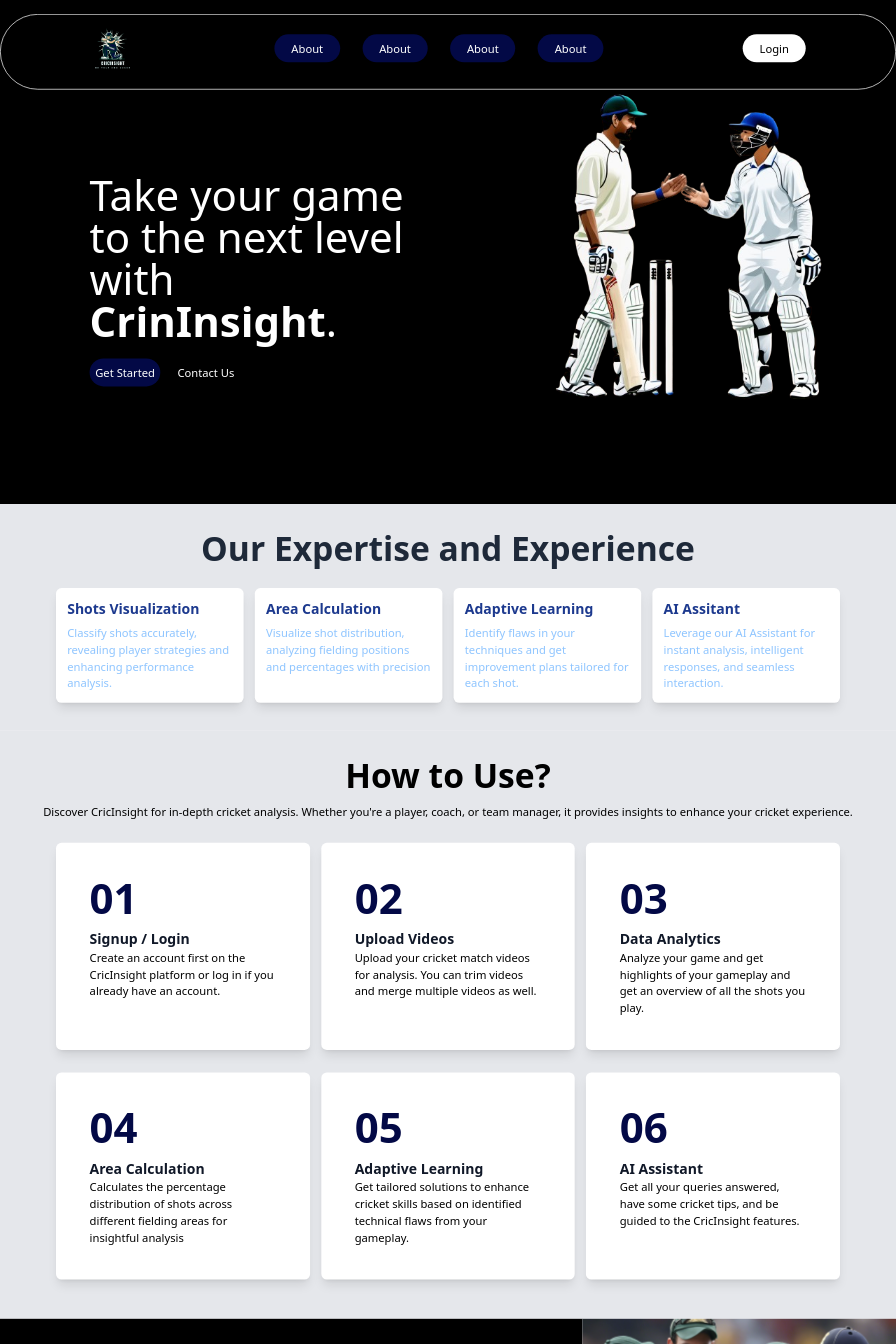
Repository: ahsanfawadaf/cricket
Page: /
The author's editor kept a copy of each file at every save. The page is drawn from the files as they stood at one save, then again after the next save.
The browser window is 1280 px wide. The pictures show the part of the page from y = 0 to 1920 px (the page is 4008 px tall), at 70% of full size.
The project was rebuilt for these pictures with package versions that can differ from the ones it lists, and the page was loaded fresh each time. Also part of the build but not shown: vite.config.js.

Above is the page before, as saved 2025-09-22 08:38:47.

### index.html
<!doctype html>
<html lang="en">
  <head>
    <meta charset="UTF-8" />
    <link rel="icon" type="image/svg+xml" href="/cric_logo.png" />
    <meta name="viewport" content="width=device-width, initial-scale=1.0" />
    <title>Cricket Web</title>
  </head>
  <body>
    <div id="root"></div>
    <script type="module" src="/src/main.jsx"></script>
  </body>
</html>

### src/App.jsx
import React from 'react'

import Header from './components/Header'
import Our_experience from './components/Our_experience'
import Howtouse from './components/Howtouse'
import Splitlayout from './components/Splitlayout'
import Services from './components/Services'
import Contact from './components/Contact'
import Footer from './components/Footer'


const App = () => {
  return (
    <div>
     <Header/>
     <Our_experience/>
     <Howtouse/>
     <Splitlayout/>
     <Services/>
     <Contact/>
     <Footer/>



    </div>
  )
}

export default App

### src/components/Header.jsx
import React from 'react'
import Navbar from './Navbar'
import cric_home_img from '../assets/cric_home_img.png'

const Header = () => {
  return (
    <div className='w-full min-h-screen bg-cover bg-black items-center flex overflow-hidden'>
    <Navbar/>
         <div className='flex flex-col mx-auto items-start px-2 md:px-20 lg:px-32'>
             <h1 className='text-md block font-xsm sm:text-6xl text-white gap-2 max-w-6xl inline-block pt-20'>Take your game to  the next level with <span className='text-4xl sm:text-6xl font-bold'>CrinInsight</span>.</h1>
             <div className='flex gap-4 mt-6'>
                 <button className='rounded-full bg-[#030946] text-white px-2 py-2'>Get Started</button>
                 <button className='rounded-full bg-transparent  text-white px-2 py-2'>Contact Us</button>
             </div>
         </div>

         <div className='w-full bg-cover bg-black overflow-hidden min-h-screen'>
                 <img className='h-full pt-28 object-contain' src={cric_home_img} alt="" />
         </div>



    </div>
  )
}

export default Header

### src/components/Our_experience.jsx
import React from 'react'

const Our_experience = () => {
  return (
    <div className='bg-gray-200 py-10'>
          <h2 className='text-center font-bold text-5xl text-gray-800 mb-8'>Our Expertise and Experience</h2>


          <div className='max-w-6xl mx-auto px-4 grid grid-cols-1 md:grid-cols-2 lg:grid-cols-4 gap-4'>

               <div className='bg-white shadow-lg rounded-lg '>
                   <div className='p-4'>
                    <h3 className='text-xl mb-2 text-blue-900 font-semibold '>Shots Visualization</h3>
                    <p className='text-blue-300'>Classify shots accurately, revealing player strategies and enhancing performance analysis.</p>

                   </div>

               </div>
               <div className='bg-white shadow-lg rounded-lg '>
                   <div className='p-4'>
                    <h3 className='text-xl mb-2 text-blue-900 font-semibold '>Area Calculation</h3>
                    <p className='text-blue-300'>Visualize shot distribution, analyzing fielding positions and percentages with precision</p>

                   </div>

               </div>
               <div className='bg-white shadow-lg rounded-lg '>
                   <div className='p-4'>
                    <h3 className='text-xl mb-2 text-blue-900 font-semibold '>Adaptive Learning</h3>
                    <p className='text-blue-300'>Identify flaws in your techniques and get improvement plans tailored for each shot.</p>

                   </div>

               </div>
               <div className='bg-white shadow-lg rounded-lg '>
                   <div className='p-4'>
                    <h3 className='text-xl mb-2 text-blue-900 font-semibold '>AI Assitant</h3>
                    <p className='text-blue-300'>Leverage our AI Assistant for instant analysis, intelligent responses, and seamless interaction.</p>

                   </div>

               </div>







          </div>









    </div>
  )
}

export default Our_experience

### src/components/Howtouse.jsx
import React from 'react'

const Howtouse = () => {

   const cards = [

    {
      id:1,
      title:'Signup / Login',
      description:'Create an account first on the CricInsight platform or log in if you already have an account.'
    },
    {
      id:2,
      title:'Upload Videos',
      description:'Upload your cricket match videos for analysis. You can trim videos and merge multiple videos as well.'
    },
    {
      id:3,
      title:'Data Analytics',
      description:'Analyze your game and get highlights of your gameplay and get an overview of all the shots you play.'
    },
    {
      id:4,
      title:'Area Calculation',
      description:'Calculates the percentage distribution of shots across different fielding areas for insightful analysis'
    },
    {
      id:5,
      title:'Adaptive Learning',
      description:'Get tailored solutions to enhance cricket skills based on identified technical flaws from your gameplay.'
    },
    {
      id:6,
      title:'AI Assistant',
      description:'Get all your queries answered, have some cricket tips, and be guided to the CricInsight features.'
    },

   ];

  return (
    <div className='bg-gray-200 py-10'>
        <h2 className='text-5xl text-center font-semibold mb-4 '>How to Use?</h2>
        <p className='px-2 text-center mb-4'>Discover CricInsight for in-depth cricket analysis. Whether you're a player, coach, or team manager, it provides insights to enhance your cricket experience.</p>


      <div className='max-w-6xl mx-auto px-4 grid grid-cols-1 md:grid-cols-2 lg:grid-cols-3 gap-4 mt-8'>

        { cards.map((ca) =>(
          <div key={ca.id} className='bg-white items-start justify-center shadow-lg rounded-lg p-12 mb-4'>

           <h3 className='text-6xl font-bold text-[#030946] mb-4 '>{`0${ca.id}`}</h3>

           <h4 className='text-xl font-semibold text-gray-900 '>{ca.title}</h4>
           <p>{ca.description}</p>



          </div>
        ))




        }







      </div>






    </div>
  )
}

export default Howtouse

### src/components/Splitlayout.jsx
import React from 'react'
import bgpic from '../assets/bgpic.png'

const Splitlayout = () => {
  return (
    <div className='w-full h-75vh flex flex-col md:flex-row'>

        <div className='w-[65%] h-full bg-black flex flex-col items-start p-20 justify-center'>
            <h3 className='text-4xl font-semibold text-white mb-6'>Why CricInsight?</h3>
            <p className='text-md font-semibold text-white inline-block mb-6'>CricInsight offers cutting-edge video analysis tools, empowering users to delve deep into cricket match insights. With advanced shot detection and classification, CricInsight provides a comprehensive understanding of player performance and playing areas. Its adaptive learning feature offers personalized feedback, making it a must-have for cricket enthusiasts seeking to improve their game.</p>
           <div className=' flex gap-4'>

             <button className='border rounded-full bg-white py-2 px-6'>TRY NOW</button>
            <button className='border rounded-full text-white border-white bg-black px-4 py-2'>CONTACT US</button>
           </div>
        </div>

        <div className='w-[35%] h-full  flex bg-gray-300'>


          <img className='object-cover  w-full inset-0 h-full' src={bgpic} alt="Description of img" />
        </div>






    </div>
  )
}

export default Splitlayout

### src/components/Services.jsx
import React from 'react'
import cric_logo from '../assets/cric_logo.png'



const Services = () => {

   const crds = [

    {
        title:'Game Analysis',
        description:'Decode practice videos with precision, gaining deeper insights into player tactics and game dynamics.',
        image:'/one.png',
    },
    {
        title:'Data Visualization',
        description:'Get a user-friendly visual representation of all the shots you play with their percentages.',
        image:'/two.png',
    },
    {
        title:'Technique Improvement',
        description:'Identify flaws in your shot techniques and get improvement plans tailored for each shot.',
        image:'/three.png',
    },
    {
        title:'Field Calculation',
        description:'Visualize shot distribution, analyzing fielding positions and percentages with precision.',
        image:'/four.png',
    },

   ]

  return (
    <div className='flex flex-col py-10 items-center'>

        <h2 className='font-bold mb-2 text-[#030946]'>Our Services</h2>
        <h1 className='text-4xl font-semibold'>What We Offer?</h1>

     <div className='flex flex-row m-4 gap-6'>

            <div className='flex flex-col justify-center gap-16 mb-4'>

            { crds.slice(0,2).map((card , index) =>(

               <div key={index} className='bg-gray-200 shadow-lg rounded-lg p-6 w-72'>
                 <img src={card.image} alt={card.title} />
                 <h3 className='text-xl font-semibold'>{card.title}</h3>
                 <p className='text-sm'>{card.description}</p>
               </div>
             ))}
        </div>

        <div className='bg-[#030946] w-72 rounded-lg h-99 mt-12'>

            <img src={cric_logo} alt="Cricinsight" />



        </div>


        <div className='flex flex-col justify-center gap-16 mb-4'>

            { crds.slice(2).map((card , index) =>(

               <div key={index} className='bg-gray-200 shadow-lg rounded-lg p-6 w-72'>
                 <img className='color-[#030946]' src={card.image} alt={card.title} />
                 <h3 className='text-xl font-semibold'>{card.title}</h3>
                 <p className='text-sm'>{card.description}</p>
               </div>
             ))}
        </div>

        </div>






    </div>
  )
}

export default Services

### src/components/Contact.jsx
import React from 'react'
import call from '../assets/call.png'
import email from '../assets/email.png'

const Contact = () => {
  return (
    <div className='flex flex-col py-10 items-center'>
        <h3 className='text-[#030946] font-bold mb-2'>Contact Us</h3>
        <h2 className='text-4xl font-semibold'>Get in touch with us</h2>


      <div className='bg-gray-200  h-120 w-11/12 mt-2 mx-auto rounded-md '>
       <div className='mt-8 ml-8 w-full  items-start '>
         <h2 className='text-2xl font-semibold'>Drop us a message</h2>
        <p className='text-gray-600 mt-2 text-sm'>We will get back to you as soon as possible.</p>
       </div>

       <div className='flex flex-row'>

        <div className='mt-6 mx-8'>

          <form >

                <div className='flex gap-2 max-w-8xl'>

                     <div className='w-full md:w-1/2 text-left'>
                     <input type="text" name='Name' placeholder='Full Name' className='w-full pl-2 rounded border border-gray-400 bg-white py-4  ' />
                     </div>

                     <div className='w-full md:w-1/2 text-left'>
                     <input type="text" name='Name' placeholder='Company Name' className='w-full pl-2 rounded border border-gray-400 bg-white py-4 ' />
                     </div>


                </div>

                <div className='mt-2'>
                      <div>
                        <input type="Email" name='Email' placeholder='Email' className='w-full pl-2 rounded py-4 border border-gray-400 bg-white' />
                      </div>

                </div>

                <div>

                      <textarea name="Message" className=' w-full pl-2 border border-gray-400 bg-white rounded px-4 py-3 h-36 mt-2' placeholder='Message'></textarea>

                </div>


          </form>

          <button className='rounded-full mt-2 py-4 text-white w-full bg-[#030946]'>SEND</button>
        </div>

        <div className='mt-20 ml-40'>
            <div className='flex'>
               <img src={call} className='h-10' alt="" />
               <div className='flex px-4 flex-col'>
                <h3 className='text-xl font-semibold'>+ 1800 145 276</h3>
               <p className='text-gray-600'>Call us</p>
               </div>

            </div>
            <div className='flex mt-4'>
                <img src={email} className='h-10' alt="" />
                <div className='flex flex-col px-4'>
                  <h3 className='text-xl font-semibold'>cricinsight@gmail.com</h3>
                <p className='text-gray-600'>Email us</p>
                </div>

            </div>


        </div>






       </div>




      </div>









    </div>
  )
}

export default Contact

### src/components/Footer.jsx
import React from 'react'
import footerlogo from '../assets/footerlogo.png'


const Footer = () => {
  return (
    <div className='bg-black pt-4 px-4 md:px-20 lg:px-32 w-full overflow-hidden '>

        <div className=' container flex flex-col md:flex-row gap-16 items-center justify-between mx-auto   '>
                <div className='flex-1  px-4 '>

                       <img src={footerlogo} className='h-60' alt="" />


                </div>

                <div className='flex-1 gap-2 px-4'>
                       <h3 className='text-white text-xl font-semibold'>Quick Links</h3>
                       <p className='text-white'>Login</p>
                       <p className='text-white'>Dashboard</p>
                       <p className='text-white'>Experience</p>
                       <p className='text-white'>Our Services</p>
                       <p className='text-white'>Reviews</p>
                       <p className='text-white'>Contact Us</p>


                </div>

                <div className='flex-1   pl-4  mb-8'>
                        <h3 className='text-white pl-4 text-xl font-semibold'>Contact</h3>
                         <div >
                                <div className='flex'>

                                    <div className='flex px-4 flex-col'>
                                         <h3 className='text-white '>+ 1800 145 276</h3>
                                         <p className='text-white'>Call us</p>
                                    </div>

                                </div>
                                <div className='flex mt-4'>

                                    <div className='flex flex-col px-4'>
                                         <h3 className=' text-white '>cricinsight@gmail.com</h3>
                                         <p className='text-white'>Email us</p>
                                    </div>

                                </div>

                        </div>


                </div>
      </div>


                <div className='text-center text-white border-t mb-8 border-gray-700 mt-10 py-4'>

                 Copyright © 2025 CricInsight


                 </div>


    </div>
  )
}

export default Footer

### src/components/Navbar.jsx
import React from 'react'
import cric_logo from '../assets/cric_logo.png'

const Navbar = () => {
  return (
    <div className='top-0  mt-5 pb-4  left-0 w-full fixed z-99 rounded-full backdrop-blur-lg border border-white' style={{height:'15vh'}}  >


        <div className='mx-auto justify-between flex items-center px-4 py-4   md:px-20 lg:px-32'>

         <img src={cric_logo} className='h-full max-h-16 object-contain' alt="" />



         <ul className='hidden md:flex gap-8 text-white '>

              <a href="#Experience" className='rounded-full px-6 py-2 bg-[#030946] text-white'>About</a>
              <a href="/about" className='rounded-full px-6 py-2 bg-[#030946] text-white'>About</a>
              <a href="/about" className='rounded-full px-6 py-2 bg-[#030946] text-white'>About</a>
              <a href="/about" className='rounded-full px-6 py-2 bg-[#030946] text-white'>About</a>




         </ul>

         <button className='rounded-full hidden md:block px-6 py-2 bg-white'>Login</button>
        </div>



    </div>
  )
}

export default Navbar

Loaded but not shown: src/main.jsx (common file); src/index.css (common file)

After the next save:
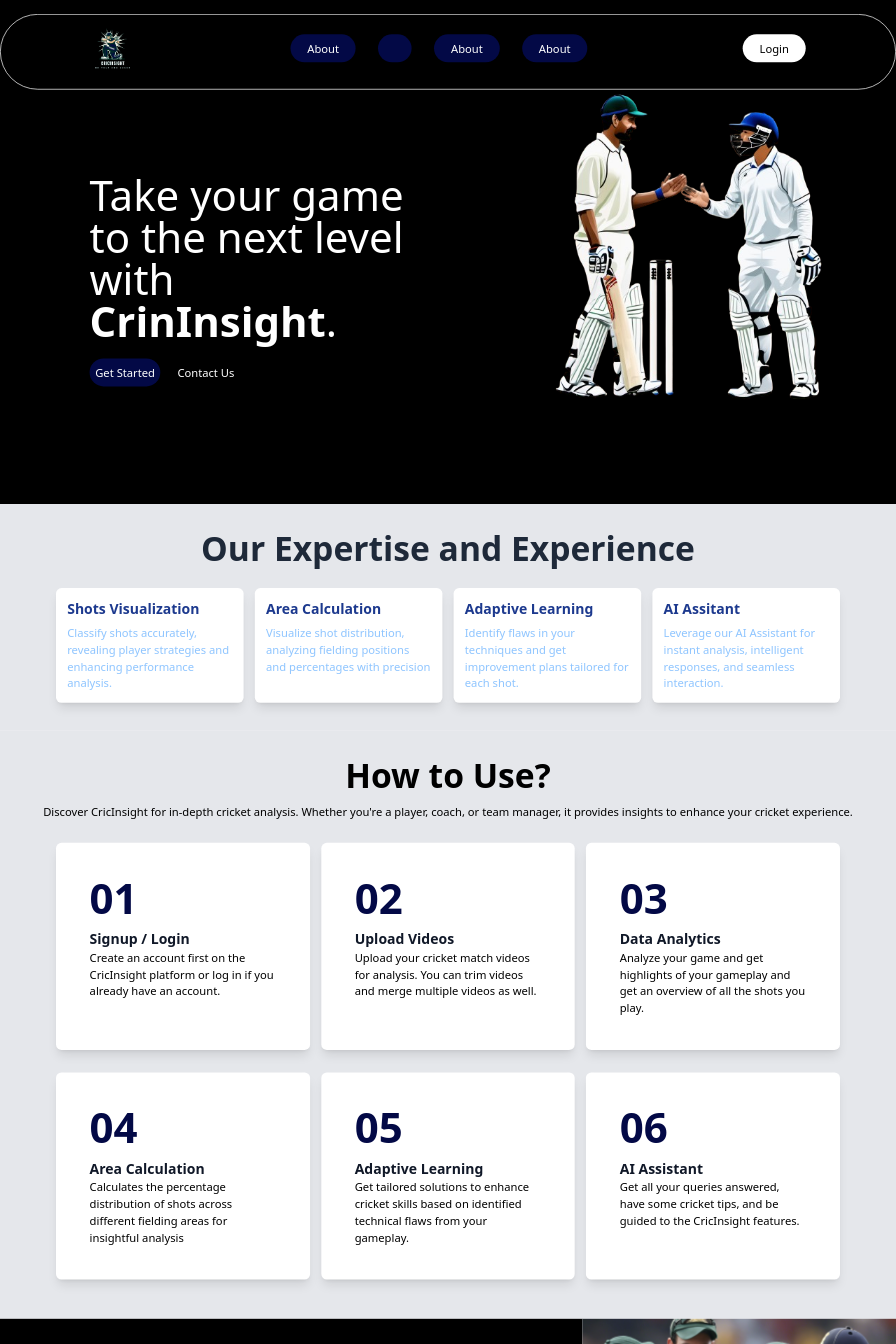
Saved 20 s later.
--- a/src/components/Navbar.jsx
+++ b/src/components/Navbar.jsx
@@ -15,7 +15,7 @@
          <ul className='hidden md:flex gap-8 text-white '>
 
               <a href="#Experience" className='rounded-full px-6 py-2 bg-[#030946] text-white'>About</a>
-              <a href="/about" className='rounded-full px-6 py-2 bg-[#030946] text-white'>About</a>
+              <a href="/about" className='rounded-full px-6 py-2 bg-[#030946] text-white'></a>
               <a href="/about" className='rounded-full px-6 py-2 bg-[#030946] text-white'>About</a>
               <a href="/about" className='rounded-full px-6 py-2 bg-[#030946] text-white'>About</a>
 
